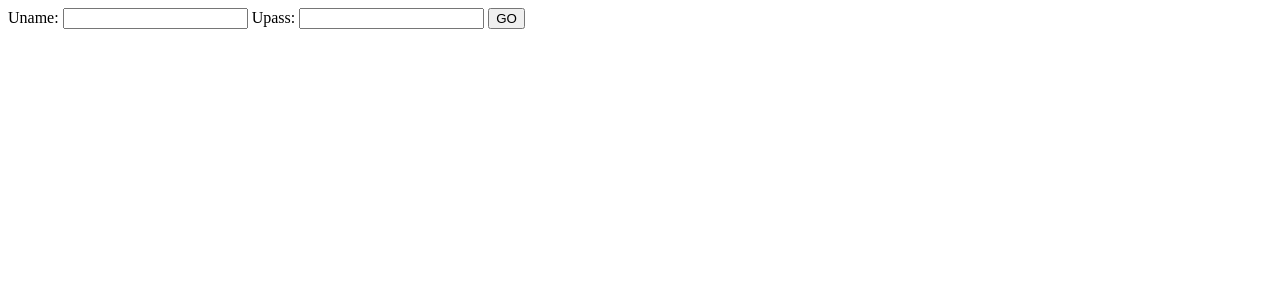
Repository: Asterisc-Institute/Adv-Java-Batch8
Page: http://localhost/Jsp-Day05/
An editor plug-in stored every save of this project. The page is shown before and after the next save, followed by the edit.
The browser window is 1280 px wide. The pictures show the whole page.
The page is served by Tomcat 9.

Above is the page before, as saved 2023-05-14 09:30:55.

### Jsp-Day05/WebContent/index.jsp
<%@ page language="java" contentType="text/html; charset=ISO-8859-1"
    pageEncoding="ISO-8859-1"%>
<!DOCTYPE html PUBLIC "-//W3C//DTD HTML 4.01 Transitional//EN" "http://www.w3.org/TR/html4/loose.dtd">
<html>
<head>
<meta http-equiv="Content-Type" content="text/html; charset=ISO-8859-1">
<title>Insert title here</title>
</head>
<body>

<form action="home.jsp">
Uname:
<input type="text" name="uname">
Upass:
<input type="text" name="upass">
<input type="submit" value="GO">
</form>


</body>
</html>

After the next save:
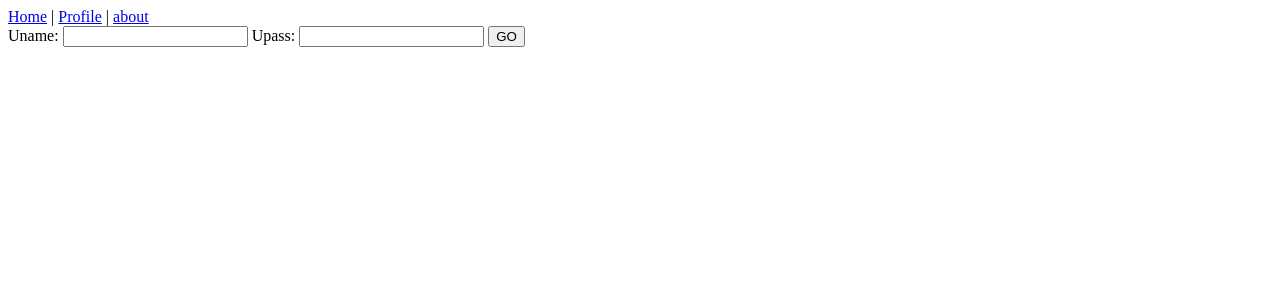
Saved 2 min 34 s later.
--- a/Jsp-Day05/WebContent/index.jsp
+++ b/Jsp-Day05/WebContent/index.jsp
@@ -7,7 +7,7 @@
 <title>Insert title here</title>
 </head>
 <body>
-
+<a href="home.jsp">Home</a> | <a href="profile.jsp">Profile</a> | <a href="about.jsp">about</a>
 <form action="home.jsp">
 Uname:
 <input type="text" name="uname">
